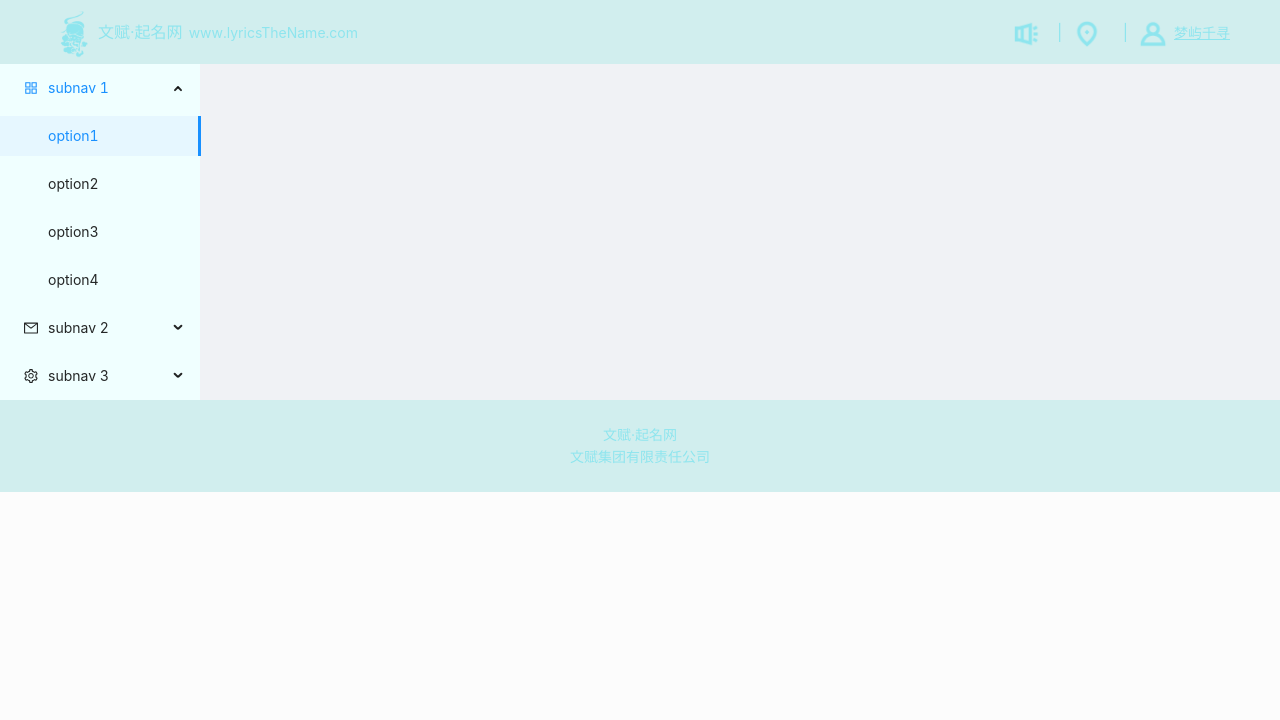
Repository: fangxueliang/react-redux-
Page: /
These files come from the project's save history. The page is drawn as it stood at one moment and after a run of saves; the edit follows.
The browser window is 1280 px wide. The pictures show the whole page.
The project was rebuilt for these pictures with package versions that can differ from the ones it lists, and the page was loaded fresh each time.

Above is the page before, as saved 2020-12-30 12:31:46.

### public/index.html
<!DOCTYPE html>
<html lang="en">
  <head>
    <meta charset="utf-8" />
    <meta name="theme-color" content="#000000" />
    <meta name="description" content="Web site created using create-react-app" />
    <title>React App</title>
  </head>
  <body>
    <div id="root"></div>
  </body>
</html>

### src/index.js
// 主入口文件
//主入口
import React from 'react';//引入react
import ReactDOM from 'react-dom';
import { Main } from './Pages';//引入Main文件

import 'antd/dist/antd.css'//antd样式
import './Common/CSS/layout.css'//布局样式
import './Common/CSS/common.css'//引入公共样式

ReactDOM.render(
  <div className="main">
    <Main />
  </div>,
  document.getElementById('root')
);

### src/Pages/index.js
import React from 'react';
import { Layout } from 'antd'
import { MenuSider } from "./Menu/menu";
import { HeaderCommon } from "./Header/header";
import { FooterCommon } from "./Footer/footer";

const { Header, Footer, Content, Sider } = Layout
export const Main = () => {
    return (

        <div className="Home_layout">
            {/* 头部header */}
            <div style={{ width: '100%', height: '20%' }}>
                <Layout>
                    <Header> <HeaderCommon /> </Header>
                </Layout>
            </div>
            <div style={{ width: '100%', height: '80%' }}>
                <Layout>
                    {/* 左侧导航Sider */}
                    <Sider>
                        <MenuSider />
                    </Sider>
                    {/* 主要内容Content */}
                    <Content></Content>
                </Layout>
            </div>
            {/* 底部footer */}
            <div style={{ width: '100%', height: '20%' }}>
                <Layout>
                    <Footer>
                        <FooterCommon />
                    </Footer>
                </Layout>
            </div>
        </div>


    );
}

### src/Common/CSS/layout.css
/* 布局样式  */
.Home_layout .ant-layout-header {
    background: #D1EEEE;
}

.Home_layout .ant-layout-footer {
    width: 100%;
    background: #D1EEEE;
}

.Home_layout .ant-layout-sider .ant-menu {
    background: #F0FFFF;
}

### src/Common/CSS/common.css
/* 公共样式 */
body {
    width: 100%;
    height: 100%;
    background: #FCFCFC;
    margin: 0;
}

.main {
    font-size: 16px;
}

### src/Pages/Menu/menu.js
// 左侧菜单
import React from 'react';
import { Menu } from 'antd';
import { AppstoreOutlined, MailOutlined, SettingOutlined } from '@ant-design/icons';

const { SubMenu } = Menu;

export const MenuSider = () => {
    return (
        <Menu
            mode="inline"
            defaultSelectedKeys={['1']}
            defaultOpenKeys={['sub1']}
            style={{ height: '100%', borderRight: 0 }}
        >
            <SubMenu key="sub1" icon={<AppstoreOutlined />} title="subnav 1">
                <Menu.Item key="1">option1</Menu.Item>
                <Menu.Item key="2">option2</Menu.Item>
                <Menu.Item key="3">option3</Menu.Item>
                <Menu.Item key="4">option4</Menu.Item>
            </SubMenu>
            <SubMenu key="sub2" icon={<MailOutlined />} title="subnav 2">
                <Menu.Item key="5">option5</Menu.Item>
                <Menu.Item key="6">option6</Menu.Item>
                <Menu.Item key="7">option7</Menu.Item>
                <Menu.Item key="8">option8</Menu.Item>
            </SubMenu>
            <SubMenu key="sub3" icon={<SettingOutlined />} title="subnav 3">
                <Menu.Item key="9">option9</Menu.Item>
                <Menu.Item key="10">option10</Menu.Item>
                <Menu.Item key="11">option11</Menu.Item>
                <Menu.Item key="12">option12</Menu.Item>
            </SubMenu>
        </Menu>
    )
}

### src/Pages/Header/header.js
// 头部
import React from 'react';
import logo from "../../Asset/img/logo.png";
import myImg from "../../Asset/img/我的.png";
import remindImg from "../../Asset/img/提醒.png";
import positioningImg from "../../Asset/img/定位.png";
import './header.css'

export const HeaderCommon = () => {
    return (
        <div className="header">
            <div className="header_item">
                <img src={logo} className="logo" alt="蓝龙" />
                <span className="logo_title">文赋·起名网</span>
                <a className="logo_URL" href="/">www.lyricsTheName.com</a>
            </div>
            <div className="header_item"></div>
            <div className="header_item header_item_right">
                <span>
                    <img src={remindImg} alt="我的" />
                </span>
                <span className="header_separated">|</span>
                <span>
                    <img src={positioningImg} alt="我的" />
                </span>
                <span className="header_separated"> |</span>
                <span>
                    <img src={myImg} alt="我的" />
                    <span className="header_myName">梦屿千寻</span>
                </span>
            </div>
        </div>
    )
}

### src/Pages/Footer/footer.js
// 头部
import React from 'react';
import './footer.css'

export const FooterCommon = () => {
    return (
        <div className="footer">
            <div>文赋·起名网</div>
            <div>文赋集团有限责任公司</div>
        </div>
    )
}

### src/Pages/Header/header.css
.header {
    display: flex;
    width: 100%;
    height: 100%;
    justify-content: space-between;
}

.header .header_item {
    display: inline-block;
}

.header .header_item .logo {
    width: 48px;
    height: 48px;
}

.header .header_item_right {
    color: #8ee5ee
}

.header .header_item_right img {
    width: 30px;
    height: 30px;
    margin-right: 6px;
}

.header .header_item_right .header_separated {
    margin: 0 10px
}

.header .logo_title {
    color: #8ee5ee
}

.header .logo_URL {
    margin-left: 6px;
    color: #8ee5ee;
    font-size: 14px;
}

.header .header_myName {
    font-size: 14px;
    text-decoration: underline;
}

### src/Pages/Footer/footer.css
.footer {
    text-align: center;
}

.footer div {
    color: #8ee5ee
}

After the next 2 saves:
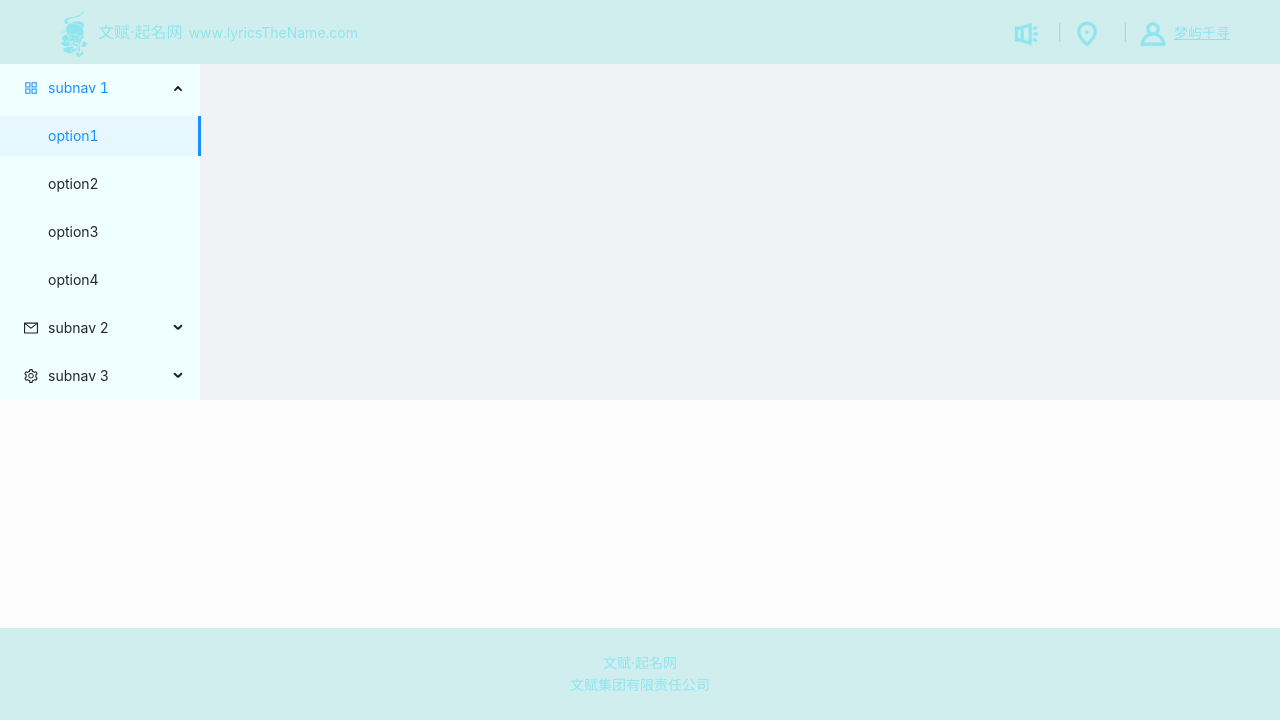
The 2 saves are shown as one change because they came seconds apart.
The last was saved 2 min 37 s later.
--- a/src/Common/CSS/layout.css
+++ b/src/Common/CSS/layout.css
@@ -4,6 +4,8 @@
 }
 
 .Home_layout .ant-layout-footer {
+    position: absolute;
+    bottom: 0;
     width: 100%;
     background: #D1EEEE;
 }
